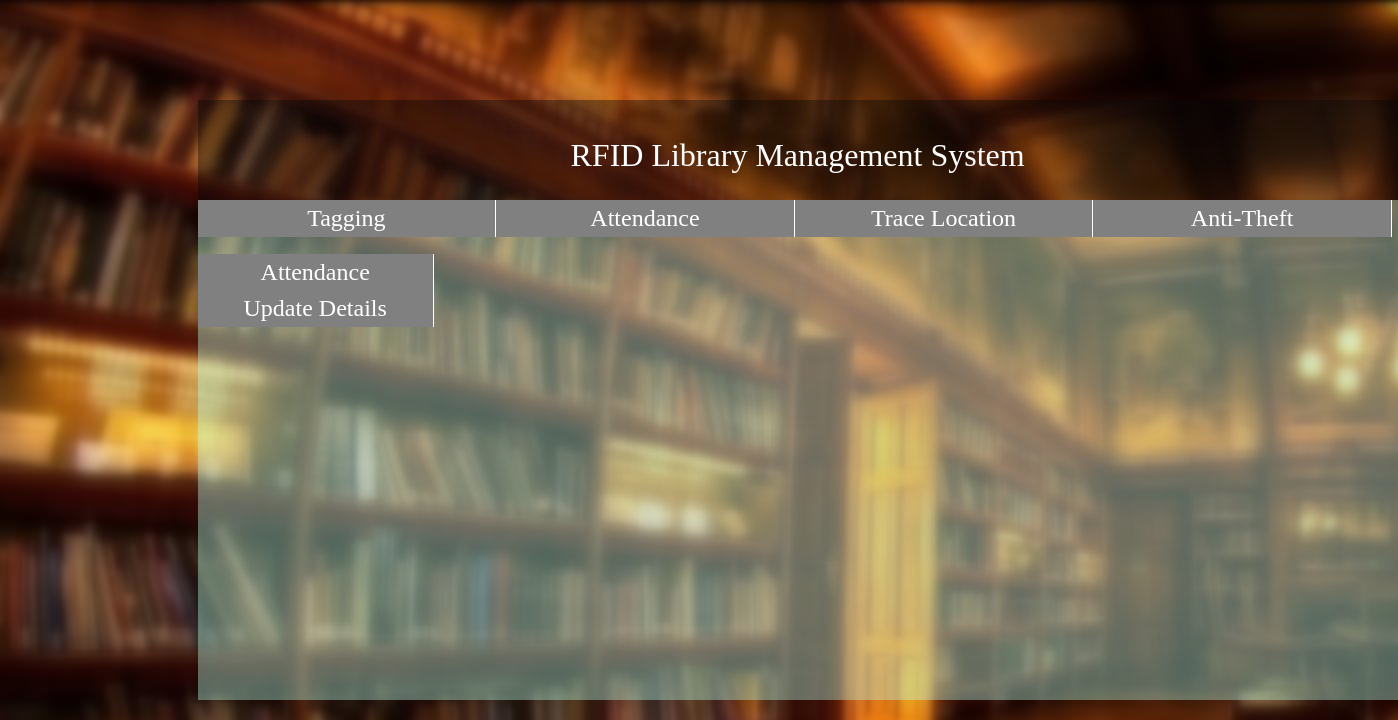
Repository: vigineshs/A-Smart-Data-Analyzer-for-Library-Management-System
Page: http://localhost/librarymgmt/attend.jsp
The author's editor kept a copy of each file at every save. The page is drawn from the files as they stood at one save, then again after the next save.
The browser window is 1280 px wide. The page is 1398 px wide, so the pictures cover 1398 px, including what lies to the right of the window. The pictures show the whole page.
The page is served by Tomcat 9. Other server files are loaded and not shown.

Above is the page before, as saved 2013-02-11 14:41:39.

### PassiveRFID/CS203-Version 1.0.6/Demo Applications/Dot Net C#/Demo Applications Source Code/RFID/librarymgmt/WebContent/attend.jsp
<%@ page language="java" contentType="text/html; charset=ISO-8859-1"
    pageEncoding="ISO-8859-1"%>
<!DOCTYPE html PUBLIC "-//W3C//DTD HTML 4.01 Transitional//EN" "http://www.w3.org/TR/html4/loose.dtd">
<html>
<head>
<title>RFID | Library Management System</title>
<link rel="stylesheet" type="text/css" href="page.css ">

</head>
<body>
<div class="center">
<div id="container">
<div id="header"><br/>
RFID Library Management System
</div>
<div id="content">
<ul>
<li><a href="tag.jsp">Tagging</a></li>
<li><a href="attend.jsp">Attendance</a></li>
<li><a href="locate.jsp">Trace Location</a></li>
<li><a href="#">Anti-Theft</a></li>
</ul>
<br/><br/>
	<div id="lcon">
<a href="attendance.jsp">Attendance</a><br/>
<a href="updetails.jsp">Update Details</a><br/>
	</div>
	<div id="rcon">


	</div>
</div>
</div></div>
</body>
</html>

### PassiveRFID/CS203-Version 1.0.6/Demo Applications/Dot Net C#/Demo Applications Source Code/RFID/librarymgmt/WebContent/page.css
#container
{


width:1200px;
height:500px;
margin:0px;

}

ul
{

width:100%;
padding:0;
margin:0;
list-style-type:none;
}

ul a
{
float:left;
width:10.6em;
text-decoration:none;
text-align:center;
color:white;
background-color:grey;
padding:0.2em 0.9em;
border-right:1px solid white;
}

a
{
float:left;
width:8em;
text-decoration:none;
text-align:center;
color:white;
background-color:grey;
padding:0.2em 0.9em;
border-right:1px solid white;
}

a:hover {background-color:white;
color:black;}

li {display:inline;}


.center
{
margin-left:auto;
margin-right:auto;
width:70%;
}

body
{
background-image:url('images/lib.jpg');
}

#header
{
background-image:url('images/header.png');
font-family:Monotype Corsiva;
font-size:32px;
color:white;
height:100px;
text-align:center;
float:center;
margin-top:100px;
}

#content
{
background-image:url('images/content.png');
width:1200px;
height:500px;
margin-left:0px;
overflow:hidden;
font-size:24px;
float:center;
}

#lcon
{
width:300px;
height:100%
overflow:hidden;
}

#rcon
{
width:700px;
height:100%
overflow:hidden;
margin-left:300px;
}

After the next save:
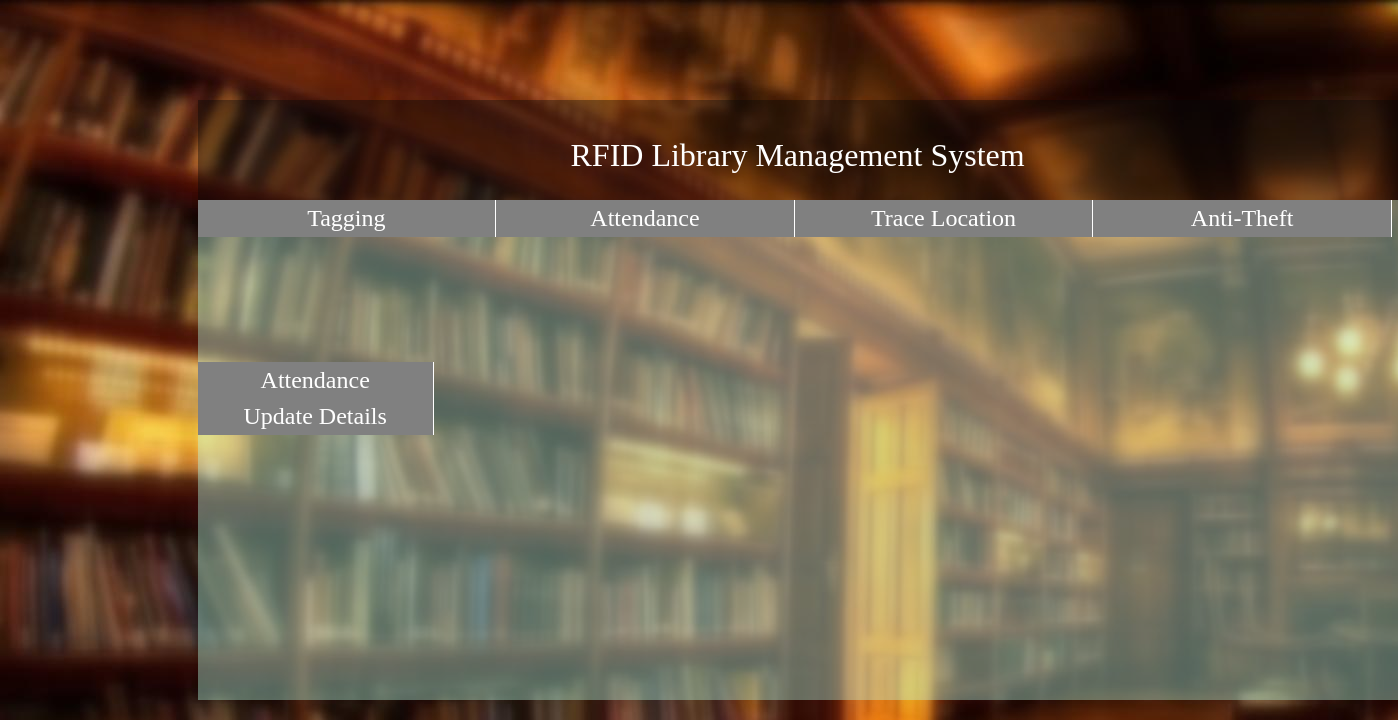
Saved 13 s later.
--- a/PassiveRFID/CS203-Version 1.0.6/Demo Applications/Dot Net C#/Demo Applications Source Code/RFID/librarymgmt/WebContent/attend.jsp
+++ b/PassiveRFID/CS203-Version 1.0.6/Demo Applications/Dot Net C#/Demo Applications Source Code/RFID/librarymgmt/WebContent/attend.jsp
@@ -22,6 +22,7 @@ RFID Library Management System
 </ul>
 <br/><br/>
 	<div id="lcon">
+	<br/><br/><br/><br/>
 <a href="attendance.jsp">Attendance</a><br/>
 <a href="updetails.jsp">Update Details</a><br/>
 	</div>
